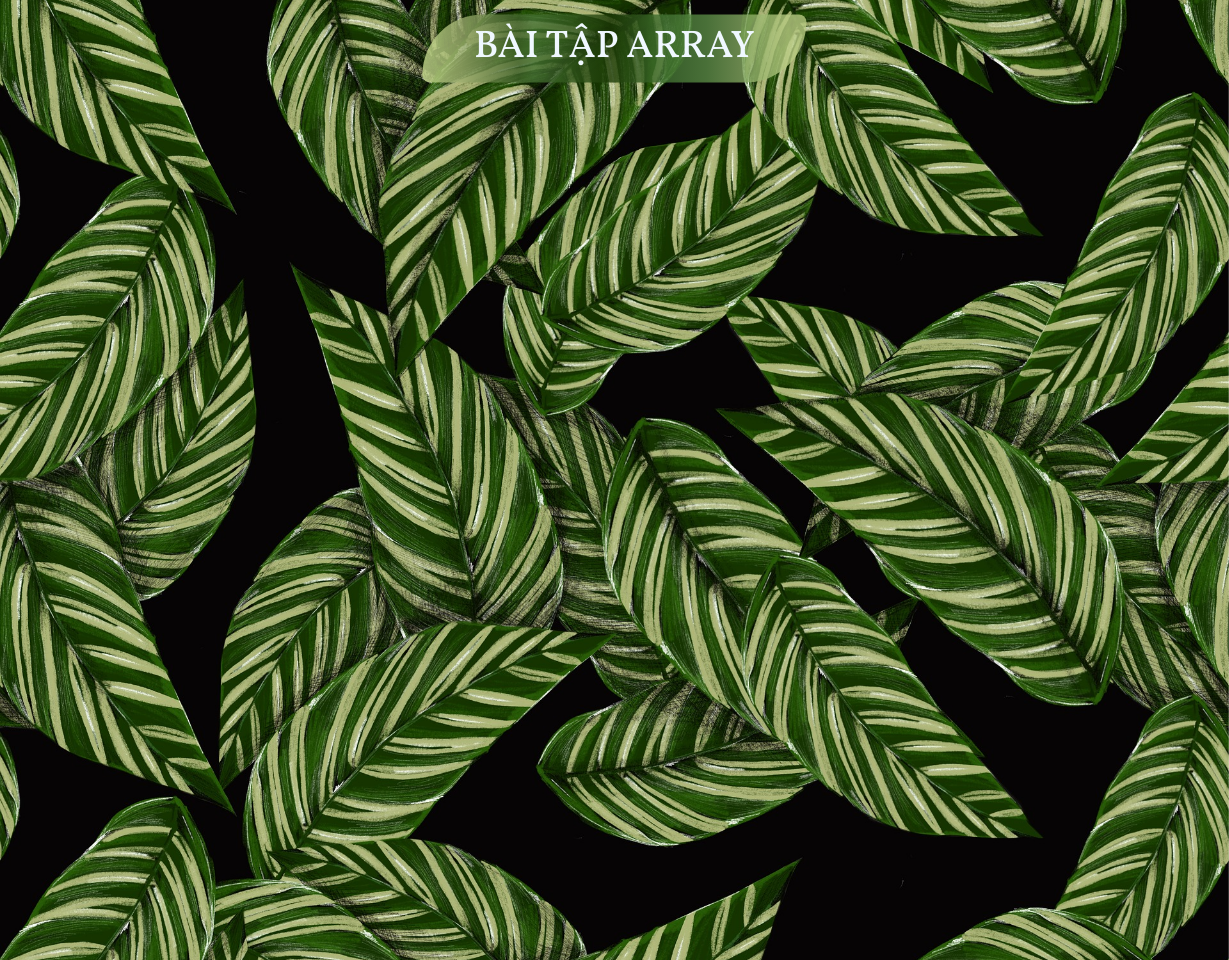
Repository: hcozyph/TranHuuPhuoc_BC43_BT_JS_Buoi7_8_ARRAY
Page: index.html
The author's editor kept a copy of each file at every save. The page is drawn from the files as they stood at one save, then again after the next save.
The browser window is 1280 px wide. The pictures show the whole page, at 96% of full size.

Above is the page before, as saved 2023-02-20 22:02:09.

### index.html
<!DOCTYPE html>
<html lang="en">
    <head>
        <title>BT Array</title>
        <!-- Required meta tags -->
        <meta charset="utf-8" />
        <meta
            name="viewport"
            content="width=device-width, initial-scale=1, shrink-to-fit=no"
        />
        <!-- font -->
        <link rel="preconnect" href="https://fonts.googleapis.com" />
        <link rel="preconnect" href="https://fonts.gstatic.com" crossorigin />
        <link
            href="https://fonts.googleapis.com/css2?family=Fraunces:ital,opsz,wght@0,9..144,600;0,9..144,700;1,9..144,300;1,9..144,400;1,9..144,500;1,9..144,600;1,9..144,700;1,9..144,800&family=Vollkorn:ital,wght@0,400;0,500;0,600;0,700;0,800;0,900;1,400;1,500;1,600;1,700;1,800;1,900&display=swap"
            rel="stylesheet"
        />
        <!-- Bootstrap CSS v5.2.1 -->
        <link
            href="https://cdn.jsdelivr.net/npm/bootstrap@5.2.1/dist/css/bootstrap.min.css"
            rel="stylesheet"
            integrity="sha384-iYQeCzEYFbKjA/T2uDLTpkwGzCiq6soy8tYaI1GyVh/UjpbCx/TYkiZhlZB6+fzT"
            crossorigin="anonymous"
        />

        <!-- index.css -->
        <link rel="stylesheet" href="./css/index.css" />
    </head>

    <body>
        <div class="container">
            <div class="bt-array-title">
                <h1 class="text-center">BÀI TẬP ARRAY</h1>
            </div>

            <div class="bt-array-content">
                <div class="bt1"></div>
            </div>
        </div>

        <!-- Bootstrap JavaScript Libraries -->
        <script
            src="https://cdn.jsdelivr.net/npm/@popperjs/core@2.11.6/dist/umd/popper.min.js"
            integrity="sha384-oBqDVmMz9ATKxIep9tiCxS/Z9fNfEXiDAYTujMAeBAsjFuCZSmKbSSUnQlmh/jp3"
            crossorigin="anonymous"
        ></script>

        <script
            src="https://cdn.jsdelivr.net/npm/bootstrap@5.2.1/dist/js/bootstrap.min.js"
            integrity="sha384-7VPbUDkoPSGFnVtYi0QogXtr74QeVeeIs99Qfg5YCF+TidwNdjvaKZX19NZ/e6oz"
            crossorigin="anonymous"
        ></script>

        <!-- method.js -->
        <link rel="stylesheet" href="./js/method.js" />

        <!-- index.js -->
        <script src="./js/index.js"></script>
    </body>
</html>

### css/index.css
* {
    margin: 0;
    padding: 0;
    box-sizing: border-box;
    font-family: "Fraunces", serif;
    font-family: "Vollkorn", serif;
}

.container {
    margin: 0 auto;
    max-width: 1440px;

    background-image: url(../img/2.jpg);
    background-size: cover;
    background-position: center;
    background-repeat: no-repeat;

    height: 1000px;
    padding-top: 15px;
}

.bt-array-title {
    display: block;
    width: 400px;
    margin: 0 auto;
    padding: 10px 8px 5px 8px;
    border-radius: 80px 10px 80px 10px;

    font-size: 40px;
    font-weight: 500;
    /* background-color: red; */
    color: aliceblue;
    background: rgb(156, 173, 110);
    background: linear-gradient(
        90deg,
        rgba(198, 219, 142, 0.8) 0%,
        rgba(156, 173, 110, 0.8) 10%,
        rgba(60, 94, 39, 0.8) 25%,
        rgba(68, 112, 49, 0.8) 29%,
        rgba(27, 57, 5, 0.8) 49%,
        rgba(66, 114, 50, 0.8) 63%,
        rgba(90, 139, 69, 0.8) 74%,
        rgba(184, 203, 130, 0.8) 95%
    );
}

/* .bt-array-content {
} */

Loaded but not shown: js/index.js (no copy from this time; the picture is the same without it); js/method.js (no stored copy; drawn as an empty file)

After the next save:
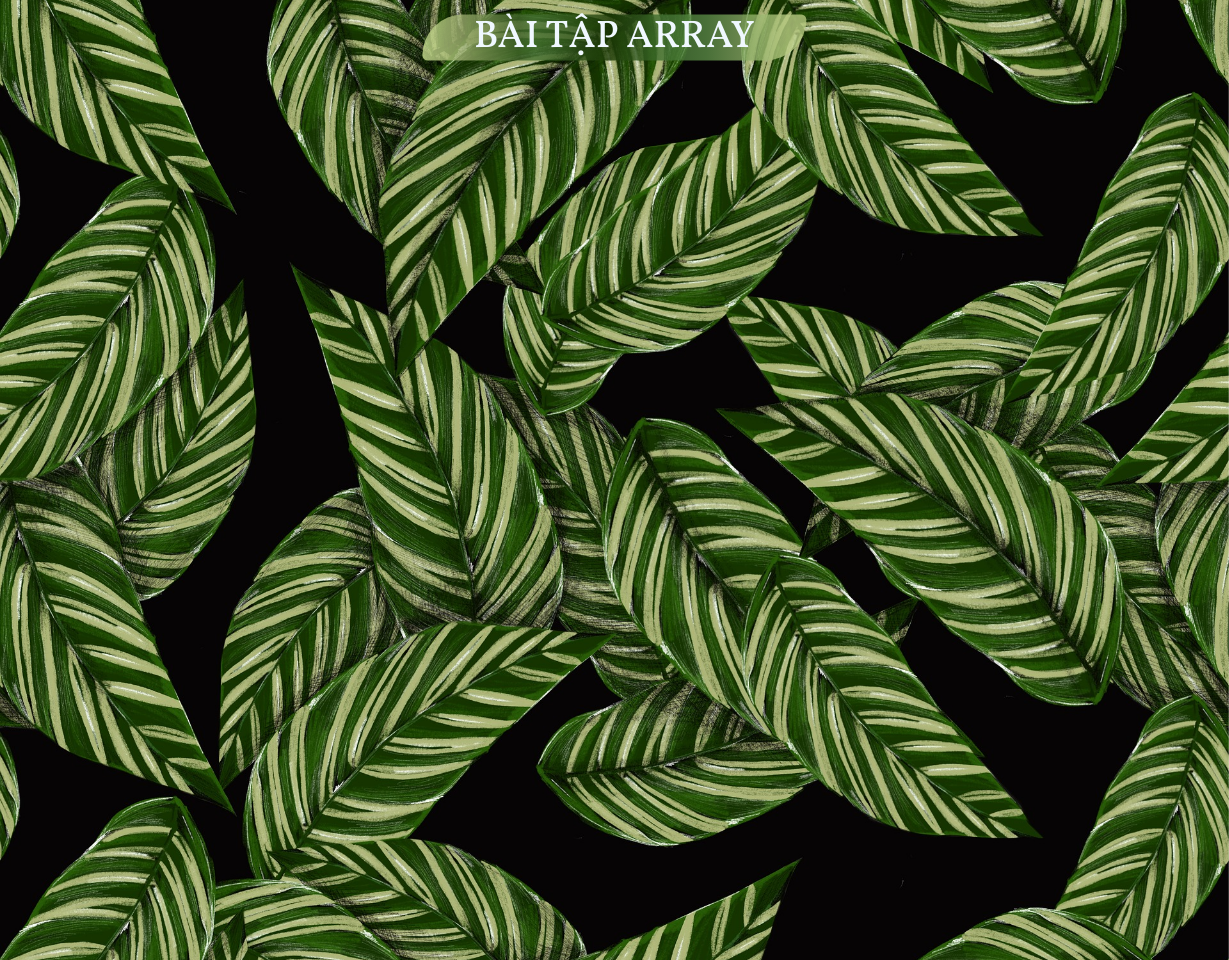
Saved 4 s later.
--- a/css/index.css
+++ b/css/index.css
@@ -23,7 +23,6 @@
     display: block;
     width: 400px;
     margin: 0 auto;
-    padding: 10px 8px 5px 8px;
     border-radius: 80px 10px 80px 10px;
 
     font-size: 40px;
